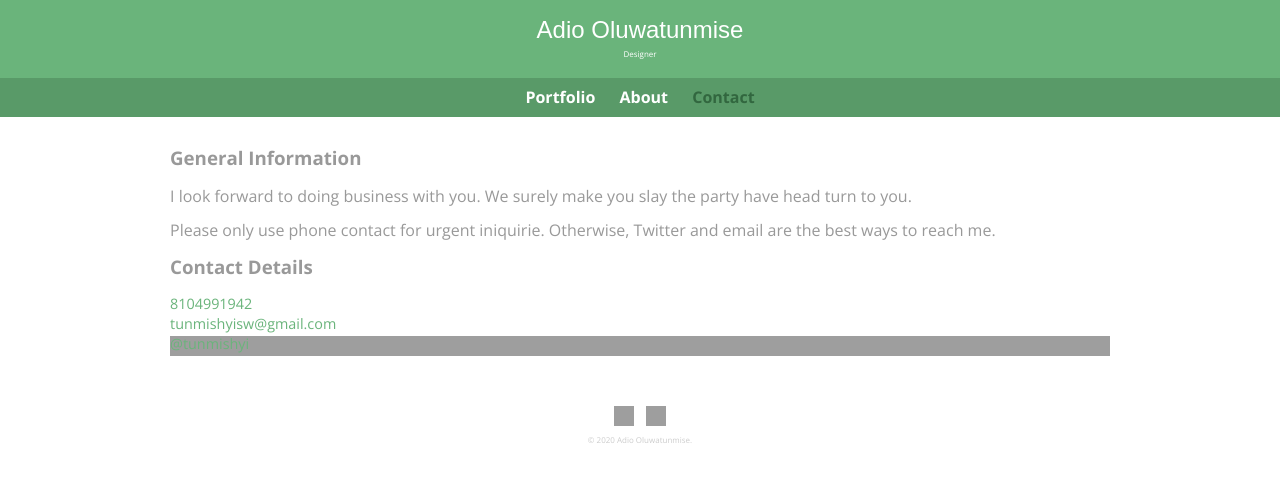
Repository: tunmishyi/fabsdesign
Page: contact.html
An editor plug-in stored every save of this project. The page is shown before and after the next save, followed by the edit.
The browser window is 1280 px wide. The pictures show the whole page.
Pictures or frames that could not be fetched are drawn as grey boxes. Some web fonts or font styles are not loaded; a fallback is used.

Above is the page before, as saved 2020-05-26 19:21:18.
Not found: css/..7/home/peterolayinka/Downloads/img/mail.png
Not found: home/peterolayinka/Downloads/img/phone.png

After the next save:
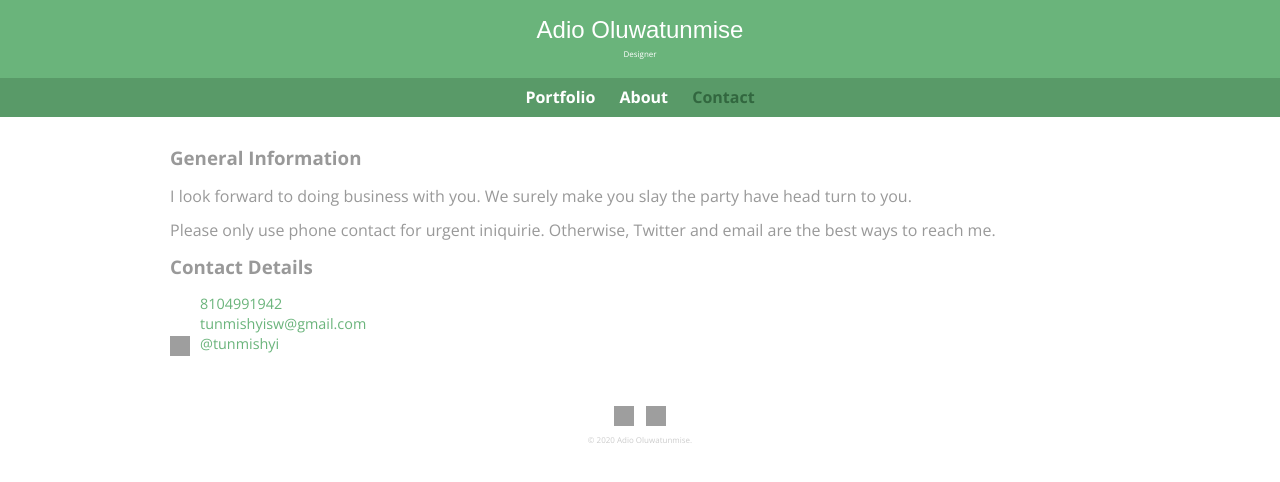
Saved 58 s later.
--- a/main.css
+++ b/main.css
@@ -155,7 +155,9 @@ PAGE: CONTACT
 .contact-info a {
     display: block;
     min-height: 20px;
-    backgr
+    background-repeat: no-repeat;
+    background-size: 20px 20px;
+    padding: 0 0 0 30px;
 }
 
 .contact-info li.phone a {
